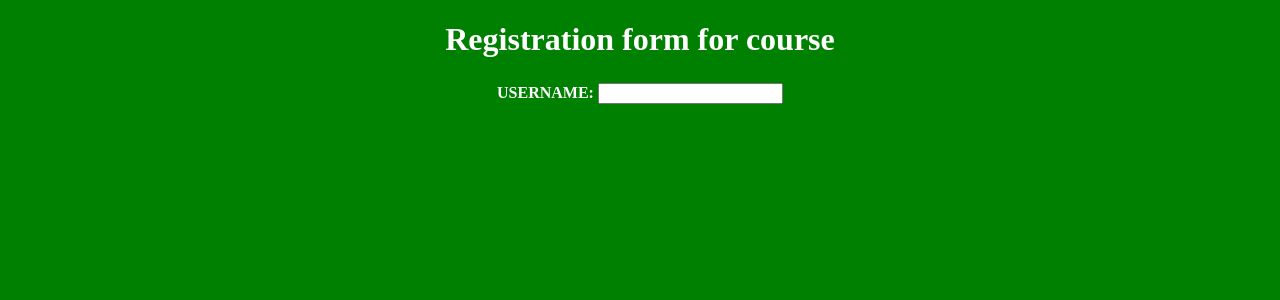
Repository: lalitkrchoudhary/Servlet-notes
Page: RequestServletApp/src/main/webapp/register.html
The author's editor kept a copy of each file at every save. The page is drawn from the files as they stood at one save, then again after the next save.
The browser window is 1280 px wide. The pictures show the whole page.

Above is the page before, as saved 2024-04-28 22:52:36.

### RequestServletApp/src/main/webapp/register.html
<!DOCTYPE html>
<html>
<head>
<meta charset="UTF-8">
<title>Insert title here</title>
</head>
<body style="background-color:green; color:white;" >
<center>
<h1>Registration form for course </h1>
<form method="post">
<table>
<tr>
<th>USERNAME: </th>
<td><input type="text" name="username"   /></td>
<tr>

</table>
</form>
</center>

</body>
</html>

After the next save:
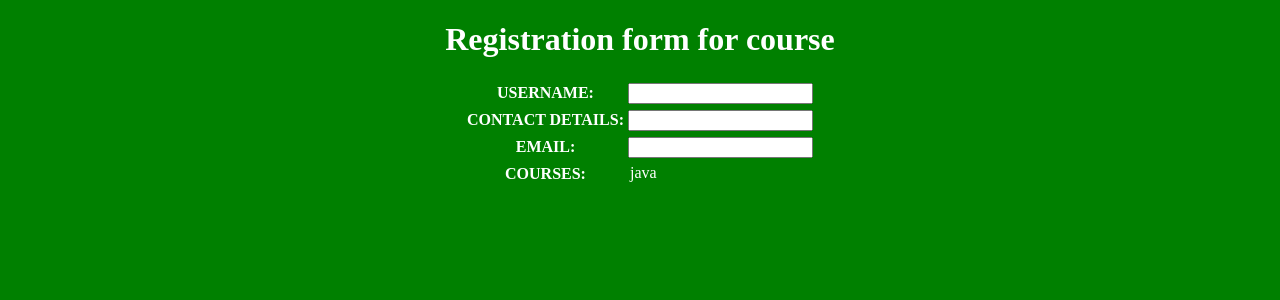
Saved 2 min 39 s later.
--- a/RequestServletApp/src/main/webapp/register.html
+++ b/RequestServletApp/src/main/webapp/register.html
@@ -14,6 +14,23 @@
 <td><input type="text" name="username"   /></td>
 <tr>
 
+<tr>
+<th>CONTACT DETAILS: </th>
+<td><input type="number" name="number"   /></td>
+<tr>
+
+<tr>
+<th>EMAIL: </th>
+<td><input type="text" name="email"   /></td>
+<tr>
+
+<tr>
+<th>COURSES: </th>
+<td>
+<option> java </option>
+</td>
+<tr>
+
 </table>
 </form>
 </center>
